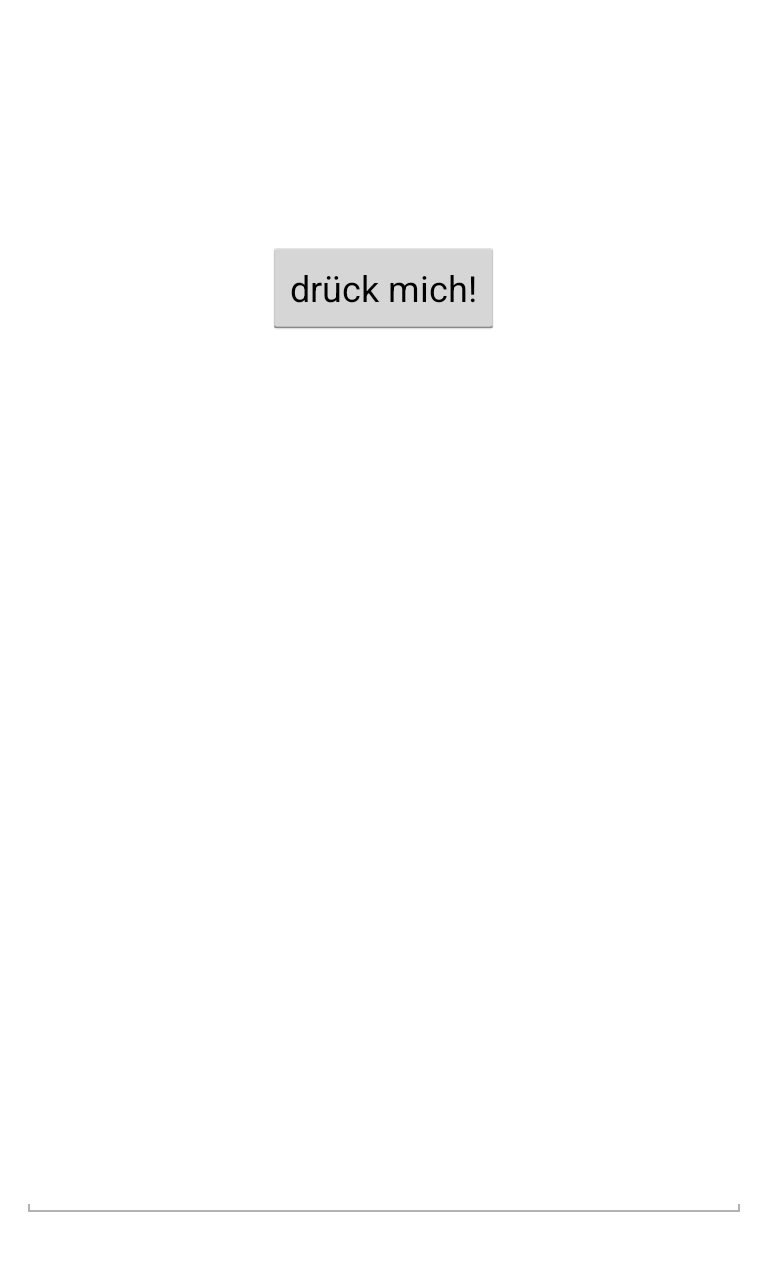
Repository: flashback2k12/ChristmasPresent
Layout: ChristmasPresent/res/layout/activity_first_coupon.xml
These files come from the project's save history. The layout is drawn as it stood at one moment and after the next save; the edit follows.
It is drawn on a 768 x 1280 px phone screen (xhdpi) without system bars, with theme AppTheme; the app's code is not run.

Above is the layout before, as saved 2012-12-18 18:53:36.

After the next save:
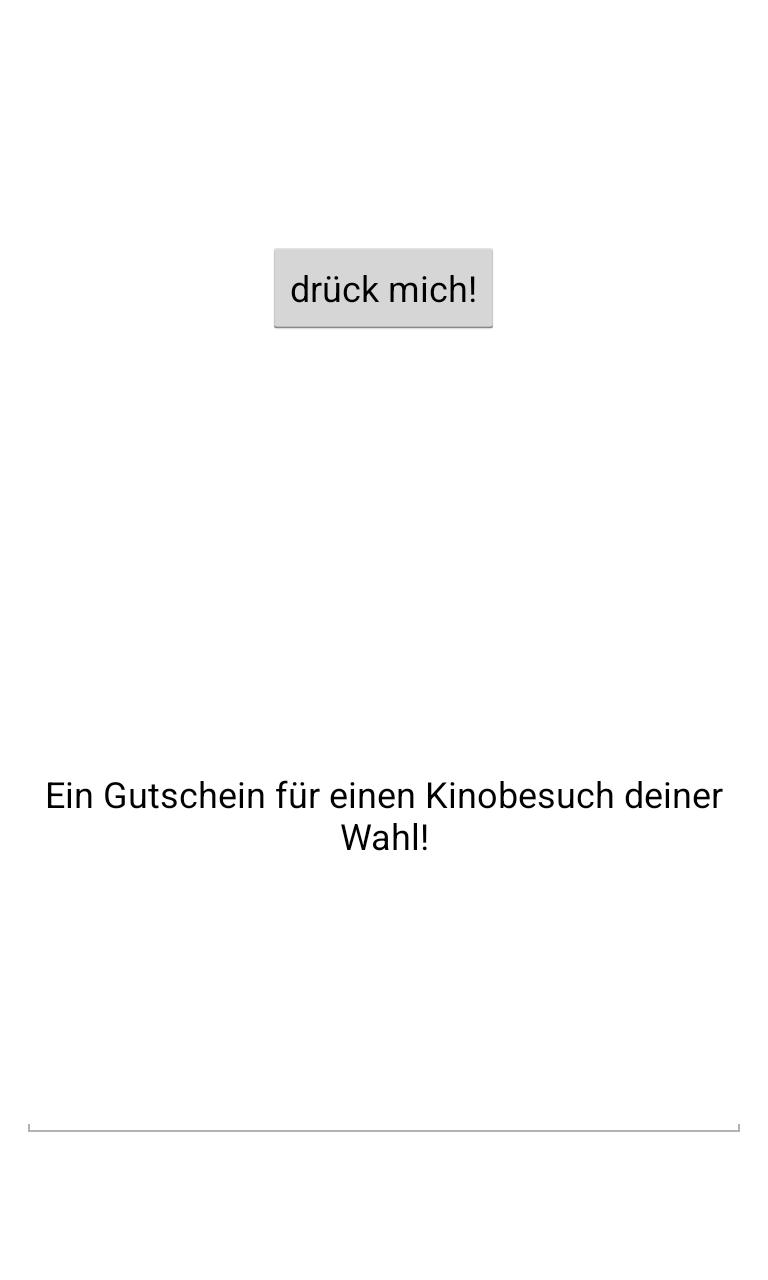
Saved 2 min 16 s later.
--- a/ChristmasPresent/res/layout/activity_first_coupon.xml
+++ b/ChristmasPresent/res/layout/activity_first_coupon.xml
@@ -18,11 +18,14 @@
         android:layout_width="wrap_content"
         android:layout_height="fill_parent"
         android:layout_below="@+id/button1FC"
-        android:layout_marginBottom="30dp"
+        android:layout_marginBottom="70dp"
         android:layout_marginLeft="10dp"
         android:layout_marginRight="10dp"
         android:layout_marginTop="78dp"
+        android:contentDescription="@string/gutschein1"
         android:ems="30"
-        android:inputType="textMultiLine" />
+        android:gravity="center"
+        android:inputType="textMultiLine|textLongMessage"
+        android:text="@string/gutschein1" />
 
 </RelativeLayout>
